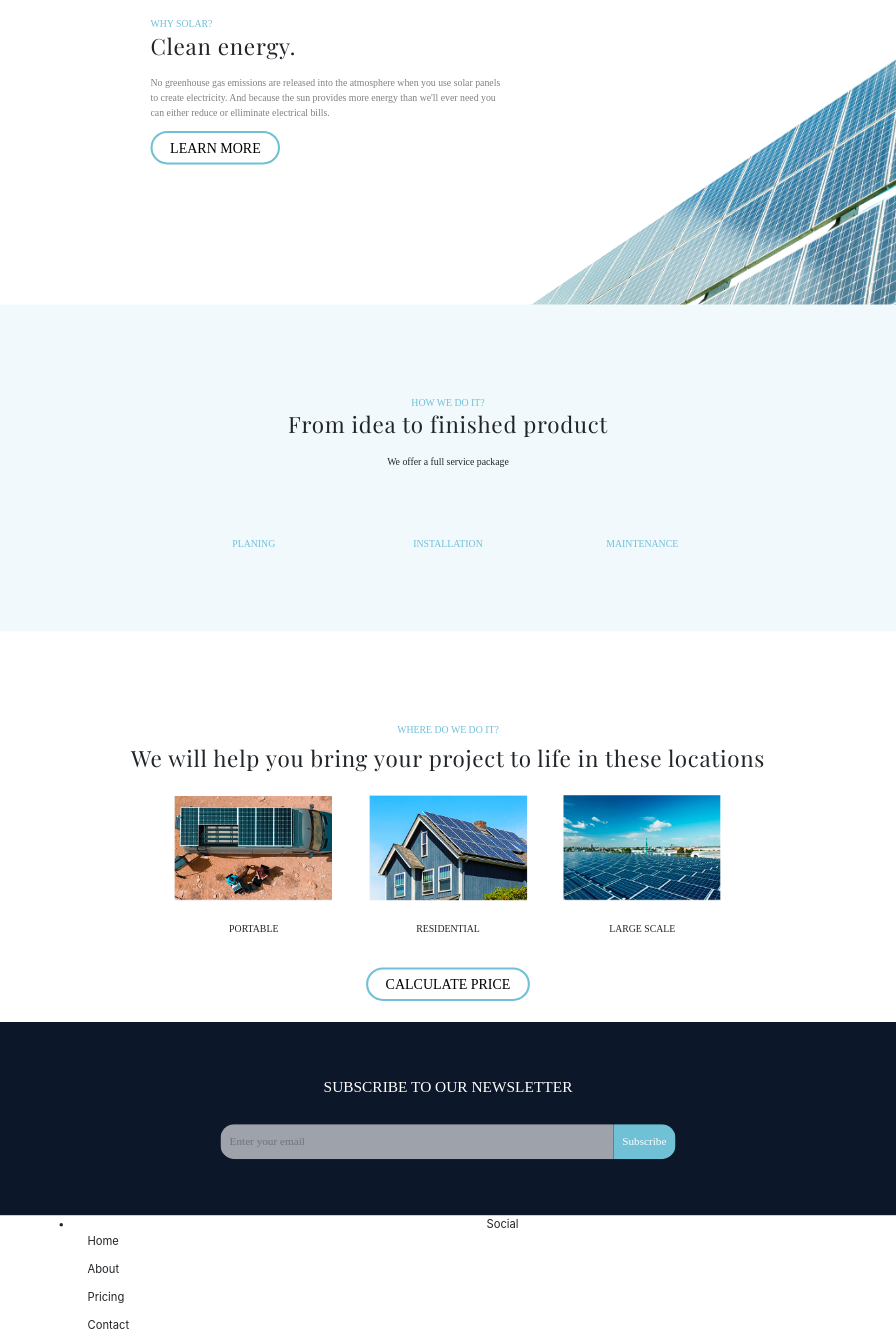
Repository: sabinemm/fabf
Page: index.html
The author's editor kept a record of every edit. The page is drawn from the files as they stood at one moment, then again after the next edit.
The browser window is 1280 px wide. The pictures show the part of the page from y = 700 to 2620 px (the page is 2620 px tall before and 2476 px after), at 70% of full size.
Backgrounds fixed to the window are drawn as part of the page. Some web fonts or font styles are not loaded; a fallback is used. Some web libraries are served in a nearby version.

Above is the page before.
Console error (its wording comes from the project's code and is left out).

### index.html
<!DOCTYPE html>
<html lang="en">

<head>
    <meta charset="UTF-8">
    <meta name="viewport" content="width=device-width, initial-scale=1.0">
    <meta http-equiv="X-UA-Compatible" content="ie=edge">
    <link rel="stylesheet" href="style.css" type="text/css" />
    <link rel="stylesheet" href="https://stackpath.bootstrapcdn.com/bootstrap/4.3.1/css/bootstrap.min.css" integrity="sha384-ggOyR0iXCbMQv3Xipma34MD+dH/1fQ784/j6cY/iJTQUOhcWr7x9JvoRxT2MZw1T" crossorigin="anonymous">
    <link rel="stylesheet" media="screen" href="https://fontlibrary.org/face/roundo" type="text/css" />
    <link rel="stylesheet" media="screen" href="https://fontlibrary.org/face/source-sans-pro" type="text/css" />
    <link href="https://fonts.googleapis.com/css?family=Playfair+Display&display=swap" rel="stylesheet">
    <script src="//maxcdn.bootstrapcdn.com/bootstrap/3.3.0/js/bootstrap.min.js"></script>
    <script src="//code.jquery.com/jquery-1.11.1.min.js"></script>

    <title>FOR A BETTER FUTURE</title>
</head>

<body>

    <!–-----– NAVBAR ------->

    <div class="container">
        <nav class="navbar navbar-fixed-top navbar-expand-lg navbar-light bg-light">
            <a class="navbar-brand" href="#">
          <img src="img/logo.svg" height="50px"alt="logo">
        </a>
            <button class="navbar-toggler" type="button" data-toggle="collapse" data-target="#navbarText" aria-controls="navbarText" aria-expanded="false" aria-label="Toggle navigation">
    <span class="navbar-toggler-icon"></span>
  </button>
            <div class="collapse navbar-collapse justify-content-center" id="navbarText">
                <ul class="navbar-nav mr-auto">
                    <li class="nav-item">
                        <a class="nav-link" href="#">About</a>
                    </li>
                    <li class="nav-item">
                        <a class="nav-link" href="#">Concept</a>
                    </li>
                    <li class="nav-item">
                        <a class="nav-link" href="#">Pricing</a>
                    </li>
                </ul>
                <span class="navbar-text">
          <button type="button" class="btn btn-blue-border">CONTACT</button>
    </span>
            </div>
        </nav>
    </div>

    <!–-----– FIRST SECTION ------->

    <section id="parallax">
        <div class="container">
            <div class="ltitle text-center">
                <p class="uppercase stitle">WELCOME TO A BETTER FUTURE</p>
                <h2> Where we can make your dreams <br> of sustainability become a reality </h2>
                <p class="tparagraph"> We can create your perfect off-grid sanctuary, power your summer home or help you <br> save on energy expenses in the long run</p>
                <button type="button" class="btn  btn-transp-white-border">GO SOLAR</button>
            </div>
        </div>
    </section>

    <!–-----– SECOND SECTION - WHY?------->

    <section id="clean">
        <div class="container container-fluid section-2">
            <div class="row">
                <div class="col col-md-6">
                    <p class="uppercase stitle stitle-blue">WHY SOLAR?</p>
                    <h2 class="ltitle ltitle2"> Clean energy.</h2>
                    <p class="tparagraph tparagraph2"> No greenhouse gas emissions are released into the atmosphere when you use solar panels to create electricity. And because the sun provides more energy than we'll ever need you can either reduce or elliminate electrical bills. </p>
                    <button type="button" class="btn btn-blue-border">LEARN MORE</button>

                </div>
            </div>

            <div class="container">
                <div class="col col-md-6 offset-md-6">
                    <img src="img/sidepanel.png" class="sidepanel"></img>
                </div>
            </div>
        </div>

    </section>

    <!–-----– THIRD SECTION - HOW? ------->

    <section id="idea">
        <div class="idea-title text-center">
            <p class="uppercase stitle stitle-blue">HOW WE DO IT?</p>
            <h2 class="ltitle ltitle2"> From idea to finished product</h2>
            <p class="tparagraph">We offer a full service package</p>

        </div>
        <div class="container container-fluid ">
            <div class="row m-auto text-center justify-content-center">
                <div class=" col-sm-3 col-md-3">
                    <div class="icons"><i class="fas fa-comments fa-2x"></i></div>
                    <p class="uppercase stitle stitle-blue stitlen">PLANING</p>
                </div>
                <div class="col-sm-3 col-md-3">
                    <div class="icon"><i class="fas fa-tools fa-2x"></i></div>
                    <p class="uppercase stitle stitle-blue stitlen">INSTALLATION</p>
                </div>
                <div class="col-sm-3 col-md-3">
                    <div class="icon"><i class="fas fa-sun fa-2x"></i></div>
                    <p class="uppercase stitle stitle-blue stitlen">MAINTENANCE</p>
                </div>
            </div>

        </div>

    </section>

    <!–-----– FOURTH SECTION - WHERE ------->

    <section id="where">
        <div class=" text-center">
            <p class="uppercase stitle stitle-blue">WHERE DO WE DO IT?</p>
            <h2 class="ltitle wheretitle">We will help you bring your project to life in these locations</h2>


        </div>
        <div class="container container-fluid ">
            <div class="row m-auto text-center justify-content-center">
                <div class=" col-sm-3 col-md-3">
                    <img class="whereimg" src="img/portable.png"></img>
                    <p class="uppercase stitle stitlen">PORTABLE</p>
                </div>
                <div class="col-sm-3 col-md-3">
                    <img class="whereimg" src="img/residential.png"></img>
                    <p class="uppercase stitle stitlen">RESIDENTIAL</p>
                </div>
                <div class="col-sm-3 col-md-3">
                    <img class="whereimg" src="img/large.png"></img>
                    <p class="uppercase stitle stitlen">LARGE SCALE</p>
                </div>
            </div>

        </div>

        <div class="container-fluid">
            <div class="row">
                <div class="col text-center">
                    <button type="button" class="btn btn-blue-border ">CALCULATE PRICE</button>
                </div>
            </div>
        </div>


    </section>

    <!–-----– FOOTER ------->

<section class="home-newsletter">
<div class="container">
<div class="row">
<div class="col-sm-12">
	<div class="single">
		<h2>Subscribe to our Newsletter</h2>
	<div class="input-group">
         <input type="email" class="form-control" placeholder="Enter your email">
         <span class="input-group-btn">
         <button class="btn btn-theme" type="submit">Subscribe</button>
         </span>
          </div>
	</div>
</div>
</div>
</div>
</section>

<section class="footer">
    <div class="container">
    <div class="row">
        <div class="col-sm-6">
         <li>
            <ul class="footer-item">Home</ul>
                        <ul class="footer-item">About</ul>
                        <ul class="footer-item">Pricing</ul>
                        <ul class="footer-item">Contact</ul>

         </li>
        </div>
        <div class="col-sm-6">
            <ul class="footer-item uppercase">Social</ul>
            </div>
        </div>
    </div>
</section>
</body>

</html>

### style.css

/*-------------------navbar------------------*/

.navbar {
    margin-top: 30px;
    margin-left: 30px;
    margin-right: 30px;

}

@media (max-width:536px) {
    .navbar {
        margin-top: 15px;
        margin-left: 10px;
        margin-right: 10px;
    }
}

/*-------------------Buttons------------------*/

.btn-transp-white-border,
.btn-transp-white-border:hover,
.btn-transp-white-border:active,
.btn-transp-white-border:visited,
.btn-transp-white-border:active:focus,
.btn-transp-white-border:focus {
    background-color: rgba(0, 0, 0, 0);
    border: solid 3px white !important;
    border-radius: 30px !important;
    color: white;
    text-align: center;
    text-decoration: none;
    display: inline-block;
    font-size: 20px !important;
    font-family: 'SourceSansProRegular';
    padding-left: 25px !important;
    padding-right: 25px !important;
}


.btn-transp-white-border:hover {
    background-color: rgba(255, 255, 255, 0.5);
    padding-left: 25px;
    padding-right: 25px;
}


.btn-blue-border,
.btn-blue-border:hover,
.btn-blue-border:active,
.btn-blue-border:visited,
.btn-blue-border:active:focus,
.btn-blue-border:focus {
    background-color: rgba(0, 0, 0, 0) !important;
    border: solid 3px rgb(112, 192, 214) !important;
    border-radius: 30px !important;
    color: black !important;
    text-align: center;
    text-decoration: none;
    display: inline-block;
    font-size: 20px !important;
    font-family: 'SourceSansProRegular';
    padding-left: 25px !important;
    padding-right: 25px!important;
}

.btn-blue-border:hover {
    background-color: rgba(112, 192, 214, 0.5) !important;
    padding-left: 25px;
    padding-right: 25px;
}


/*-------------------SECTION 1 PAGE 1------------------*/

#parallax {
    background: url(img/1page1section.jpg);
    background-attachment: fixed;
    background-position: bottom;
    background-repeat: no-repeat;
    background-size: cover;
    margin-top: -110px;
}

@media (max-width:536px) {
    #parallax {
        margin-top: -110px;
    }
}

.stitle {
    font-size: 14px;
    font-family: 'RoundoRegular';
    font-weight: 500;
    font-style: normal;
    margin-bottom: -5px;
}

.ltitle {
    padding-top: 200px;
    font-family: 'Playfair Display';
    letter-spacing: 1px;
    line-height: 30px;
    padding-bottom: 150px;
}

@media (max-width:768px) {
    .ltitle {
        padding-top: 150px;
        padding-bottom: 100px;
    }
}

.tparagraph {
    padding-top: 10px;
    font-family: 'SourceSansProRegular';
    font-weight: normal;
    font-style: normal;
    font-size: 14px;
    letter-spacing: 0;
}

@media (max-width:768px) {
    br {
        display: none !important;
        visibility: hidden;
    }
}

/*-------------------SECTION 2 PAGE 1------------------*/
#clean {
    padding-left: 0;
}
@media (min-width:768px) {
#clean {
    padding-left: 200px;
}
}


.stitle-blue {
    color:rgb(112, 192, 214);
    padding-top: 70px;

}

@media (min-width:768px) {
    .stitle-blue {
        padding-top: 130px;
    }
}

.ltitle2 {
padding-top: 10px;
padding-bottom: 10px;
}

.tparagraph2 {
    color: gray;

}

.section-2 {
  padding-bottom: 100px;
}

.sidepanel {
position:relative;
float: right;
height:400px;
margin-top: -150px;
margin-right: -45px;
z-index: -1;
}

/*-------------------SECTION 3 PAGE 1------------------*/

#idea {
    background-color: rgb(242, 249, 252);
     padding-bottom: 70px;
}

.idea-title {;
    padding-bottom: 50px;
    margin-top: 100px;
}

.stitlen {
    padding-top: 30px;
    padding-bottom: 50px;
}

/*-------------------SECTION 4 PAGE 1------------------*/

.whereimg {
    height: 150px;
}

.wheretitle {
    padding-top: 20px;
    padding-bottom: 30px;
}


#where {
    padding-bottom: 30px;
}

/*-------------------FOOTER SUBSCRIPTION BOX------------------*/

.home-newsletter {
padding: 80px 0;
background: #0D172A;
}

.home-newsletter .single {
max-width: 650px;
margin: 0 auto;
text-align: center;
position: relative;
z-index: 2;
font-family: 'SourceSansProRegular';
}

.home-newsletter .single h2 {
font-size: 22px;
color: white;
text-transform: uppercase;
margin-bottom: 40px;

}

.home-newsletter .single .form-control {
height: 50px;
background: rgba(255, 255, 255, 0.6);
border-color: transparent;
border-radius: 20px 0 0 20px;

}

.home-newsletter .single .form-control:focus {
box-shadow: none;
border-color: #243c4f;

}

.home-newsletter .single .btn {
min-height: 50px;
border-radius: 0 20px 20px 0;
background: rgb(112, 192, 214);
color: #fff;
}

After the next edit:
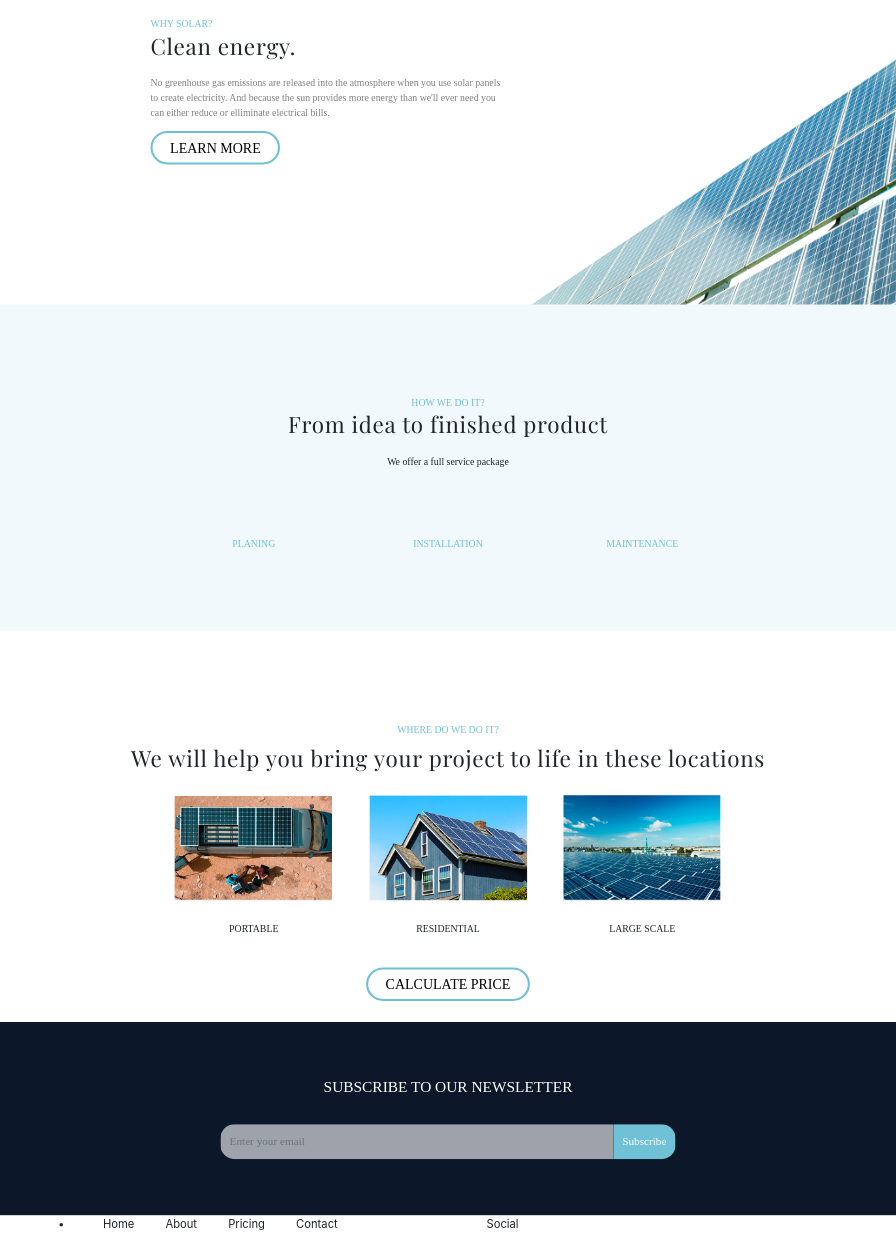
The edit:
--- a/style.css
+++ b/style.css
@@ -250,3 +250,15 @@ border-radius: 0 20px 20px 0;
 background: rgb(112, 192, 214);
 color: #fff;
 }
+
+
+/*-------------------FOOTER SOCIAL------------------*/
+
+
+.footer-item {
+    display: inline-block;
+}
+
+.ul {
+  list-style-type: none;
+}
